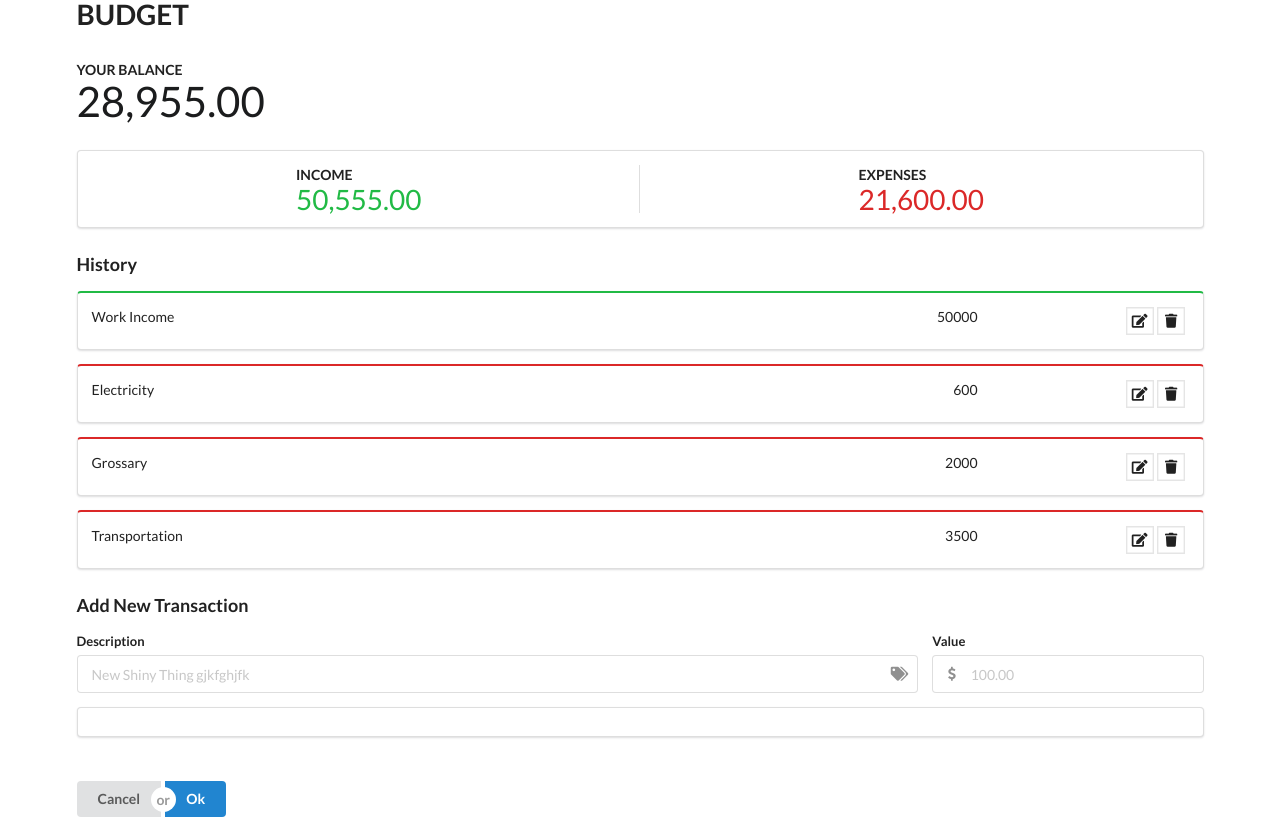
Repository: farrdy/budgets-react
Page: /
An editor plug-in stored every save of this project. The page is shown before and after the next save, followed by the edit.
The browser window is 1280 px wide. The pictures show the whole page.
The project was rebuilt for these pictures with package versions that can differ from the ones it lists, and the page was loaded fresh each time.

Above is the page before, as saved 2022-03-20 15:33:47.

After the next save:
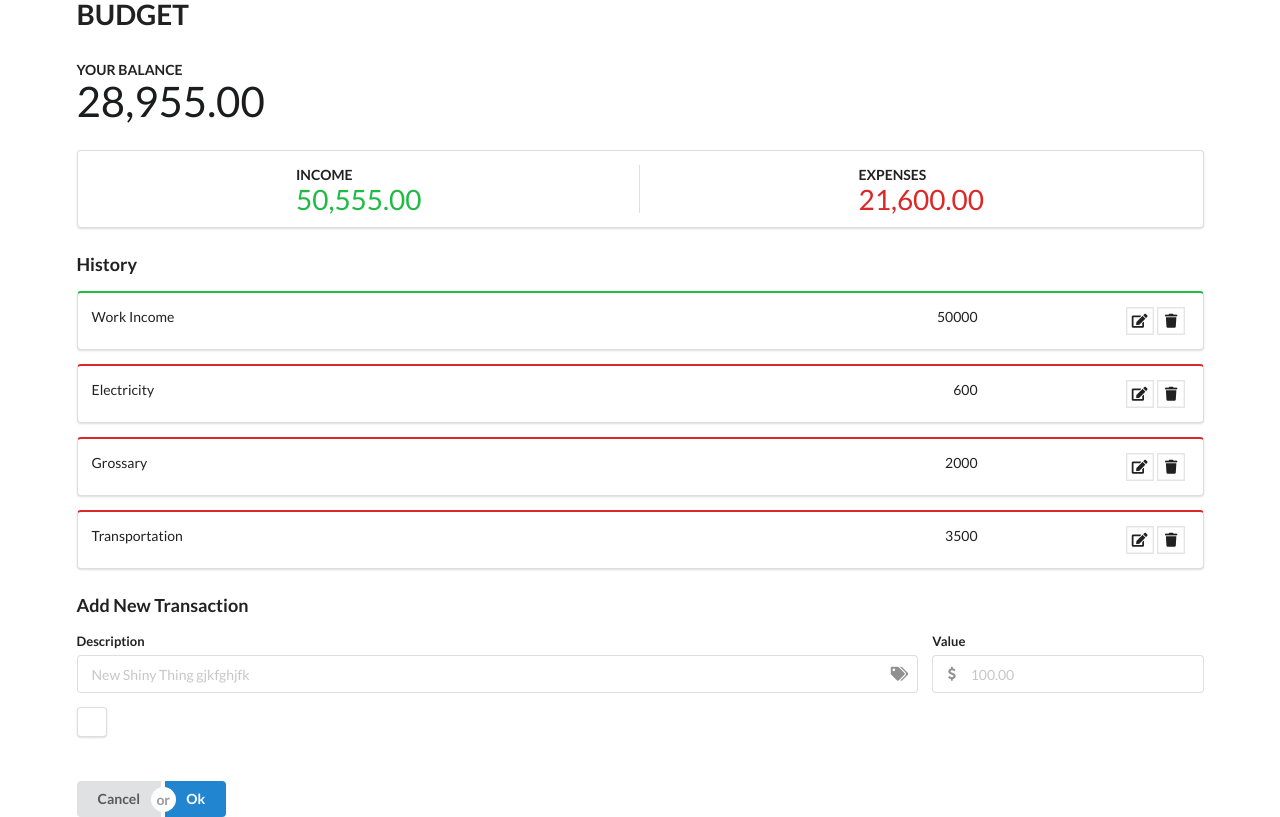
Saved 16 s later.
--- a/src/components/NewEntryForm.js
+++ b/src/components/NewEntryForm.js
@@ -29,7 +29,7 @@ const [isExpense, setIsExpense] = useState(false)
                     onChange={(event)=>setValue(event.target.value)}
                 />
             </Form.Group>
-            <Segment></Segment>
+            <Segment compact></Segment>
             <ButtonSaveOrCancel addEntry={addEntry}  Description={Description} Value={Value}/>
 
         </Form>
